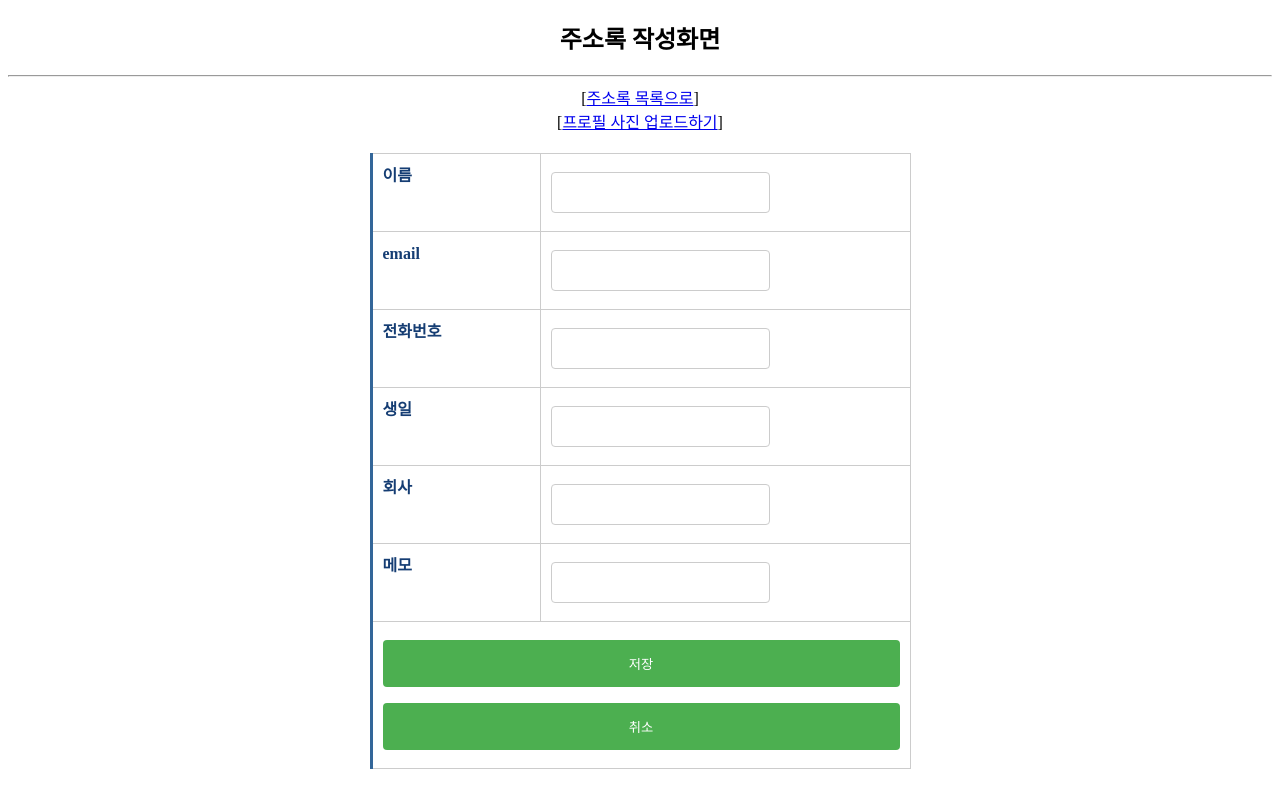
Repository: LeeHyukJe/jsp-bit
Page: http://localhost/jsp2/addrbook/addrbook_form.jsp
An editor plug-in stored every save of this project. The page is shown before and after the next save, followed by the edit.
The browser window is 1280 px wide. The pictures show the whole page.
The page is served by Tomcat 9. Other server files are loaded and not shown.

Above is the page before, as saved 2017-09-20 05:28:40.

### jsp2/WebContent/addrbook/addrbook_form.jsp
<%@ page language="java" contentType="text/html; charset=UTF-8"
	pageEncoding="UTF-8" errorPage="addrbook_error.jsp"%>
<!DOCTYPE html PUBLIC "-//W3C//DTD HTML 4.01 Transitional//EN" "http://www.w3.org/TR/html4/loose.dtd">
<html>
<head>
<meta http-equiv="Content-Type" content="text/html; charset=UTF-8">
<title>주소록 작성 화면</title>
<link rel="stylesheet" href="login_css.css" media="screen">
	<style>
		table,input[type="text"]{
			width:auto;
			heigth:400px;
		}
	</style>
</head>
<body>
	<div align="center">
    <h2>주소록 작성화면</h2>
    <hr>
    [<a href=addrbook_list.jsp>주소록 목록으로</a>]<br>
    [<a href="Profile_pic.jsp">프로필 사진 업로드하기</a>]
    <p>
    <form name="form1" method="post" action="addrbook_control.jsp">
        <input type="hidden" name="action" value="insert">
        <table border="1" class="type03">
            <tr>
                <th>이름</th>
                <td><input type="text" name="ab_name" maxlength="15"></td>
            </tr>
            <tr>
                <th>email</th>
                <td><input type="text" name="ab_email" maxlength="20"></td>
            </tr>
            <tr>
                <th>전화번호</th>
                <td><input type="text" name="ab_tel" maxlength="20"></td>
            </tr>
            <tr>
                <th>생일</th>
                <td><input type="text" name="ab_birth"></td>
            </tr>
            <tr>
                <th>회사</th>
                <td><input type="text" name="ab_comdept" maxlength="20"></td>
            </tr>
            <tr>
                <th>메모</th>
                <td><input type="text" name="ab_memo"></td>
            </tr>
            <tr>
                <td colspan="2" align="center"><input type="submit" value="저장">
                    <input type="reset" value="취소"></td>
            </tr>
        </table>
    </form>
</div>
</body>
</html>

### jsp2/WebContent/addrbook/login_css.css
input[type=text],select{
    width: 100%;
    padding:12px 20px;
    margin:8px 0;
    display: inline-block;
    border:1px solid #ccc;
    border-radius: 4px;
    box-sizing: border-box;
}

input[type=submit],input[type=reset]{
    width:100%;
    background-color: #4CAF50;
    color: white;
    padding:14px 20px;
    margin:8px 0;
    border:none;
    border-radius: 4px;
    cursor: pointer;
}

input[type=submit]:hover, input[type=reset]:hover{
    background-color: #45a049;
}

table.type03{
    border-collapse:collapse;
    text-align: left;
    line-height: 1.5;
    border-top:1px solid #ccc;
    border-left:3px solid #369;
    margin:20px 10px;
}

table.type03 th{
    width:147px;
    padding:10px;
    font-weight:bold;
    vertical-align: top;
    color: #153d73;
    border-right:1px solid #ccc;
    border-bottom: 1px solid #ccc;
}

table.type03 td{
    width: 349px;
    padding:10px;
    vertical-align: top;
    border-right:1px solid #ccc;
    border-bottom: 1px solid #ccc;
}

After the next save:
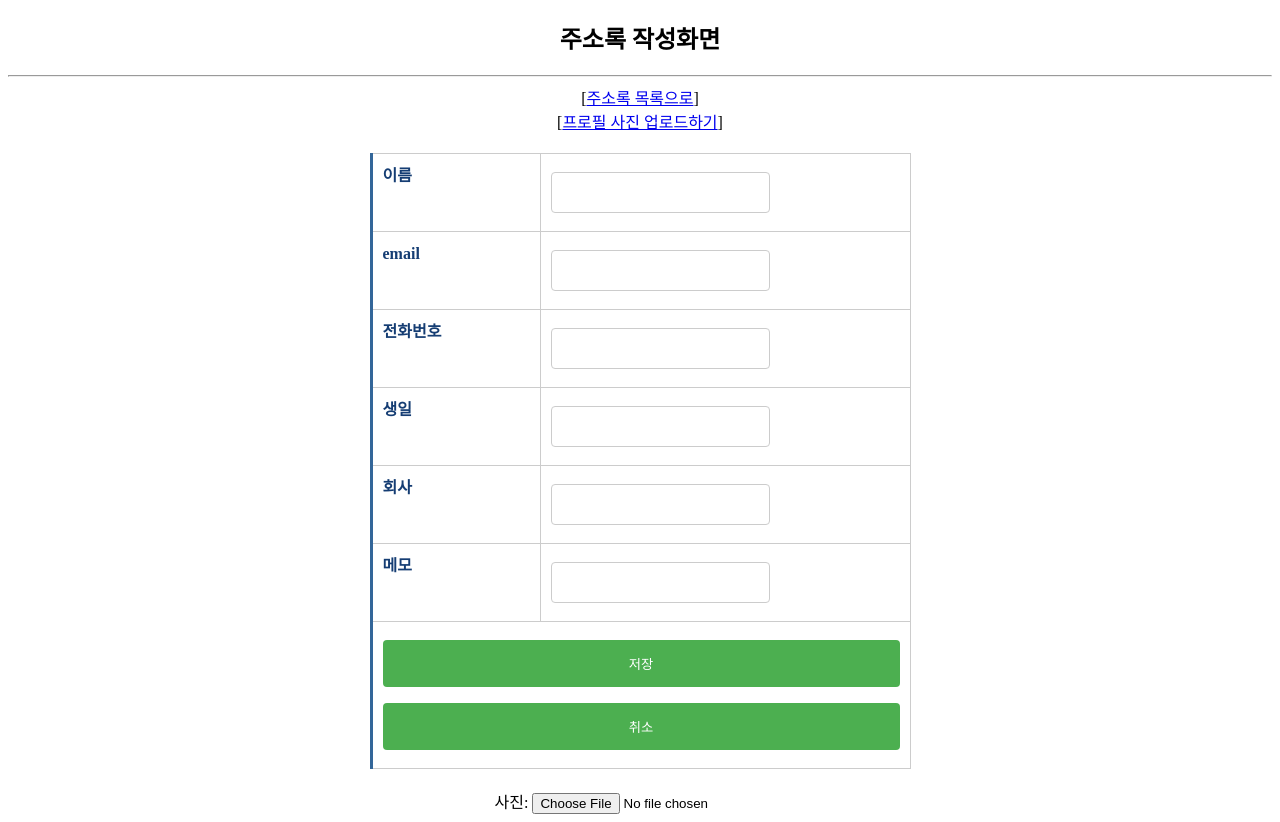
Saved 12 min 21 s later.
--- a/jsp2/WebContent/addrbook/addrbook_form.jsp
+++ b/jsp2/WebContent/addrbook/addrbook_form.jsp
@@ -52,6 +52,7 @@
                     <input type="reset" value="취소"></td>
             </tr>
         </table>
+        	사진:	<input type="file" value="업로드">
     </form>
 </div>
 </body>
